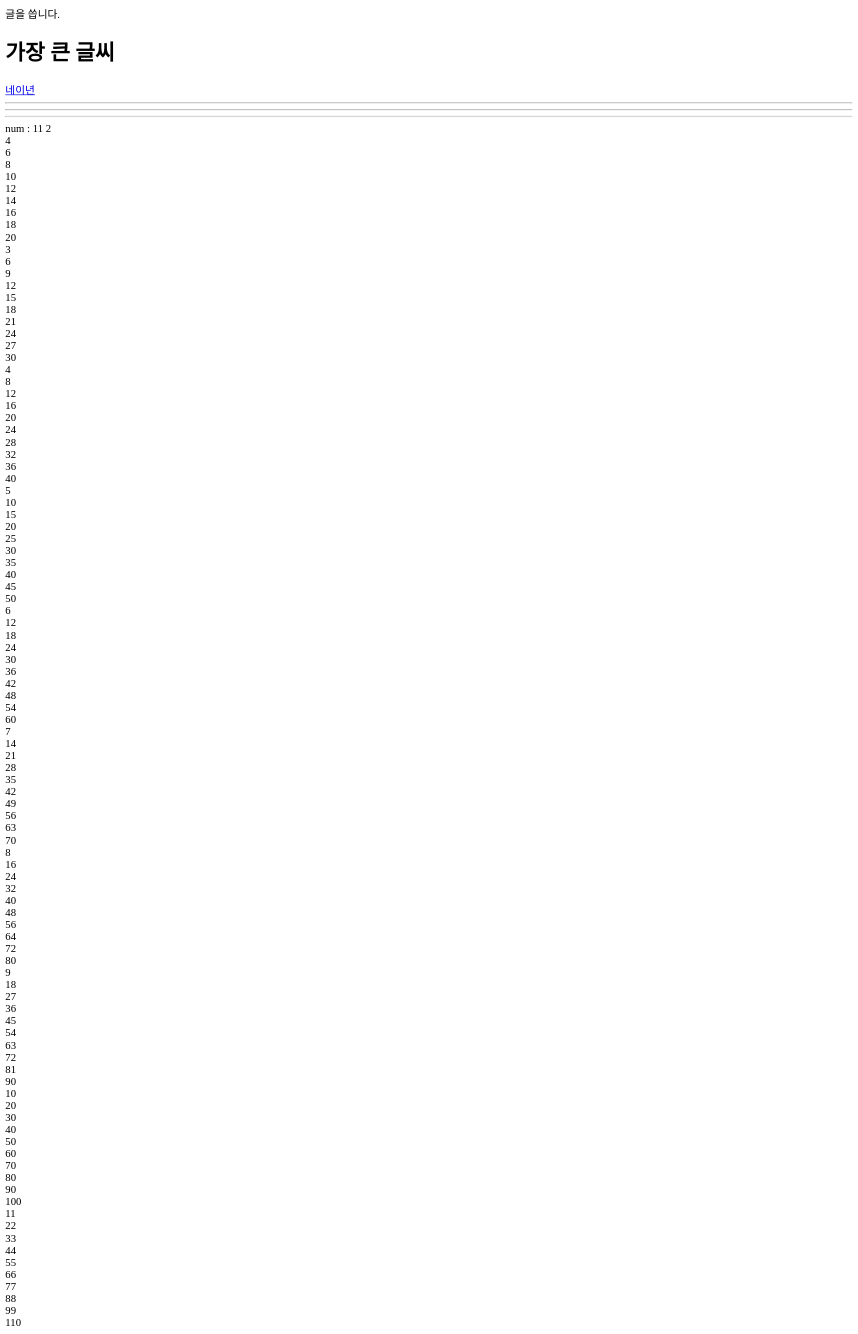
Repository: popll1/Pleiades
Page: http://localhost/jun261/
An editor plug-in stored every save of this project. The page is shown before and after the next save, followed by the edit.
The browser window is 1280 px wide. The pictures show the whole page, at 67% of full size.
The page is served by Tomcat 9.

Above is the page before, as saved 2023-06-26 05:32:44.

After the next save:
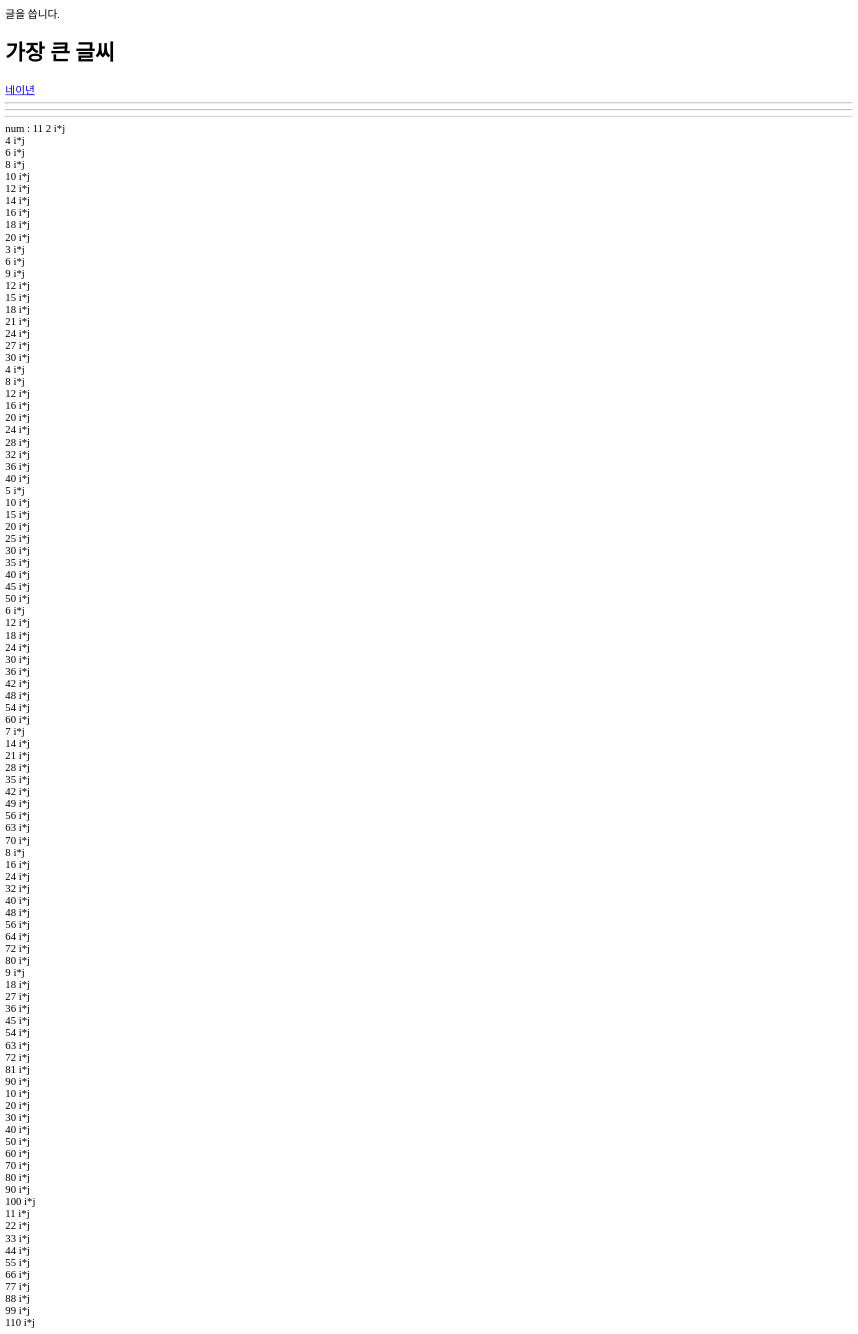
Saved 17 s later.
--- a/jun261/src/main/webapp/index.jsp
+++ b/jun261/src/main/webapp/index.jsp
@@ -23,7 +23,7 @@
 	for(int i = 2 ; i < 12; i++){
 	for(int j = 1 ; j < 11; j++){
 %>
-       <%= i * j %>   <br>
+       <%= i * j %> i*j  <br>
 <%
 }
 	}
